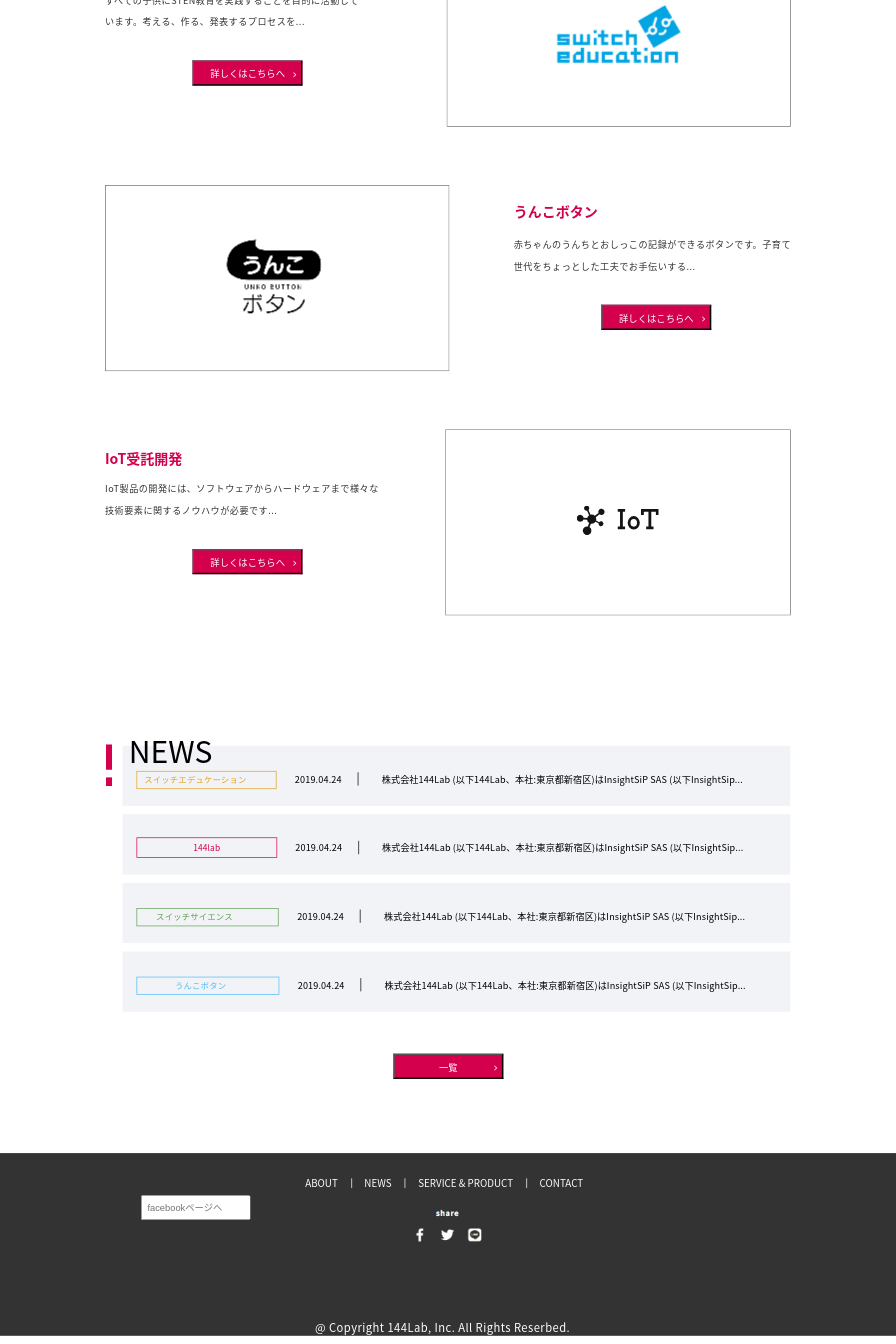
Repository: ppmp556/light-up-git
Page: index.html
These files come from the project's save history. The page is drawn as it stood at one moment and after the next save; the edit follows.
The browser window is 1280 px wide. The pictures show the part of the page from y = 2046 to 3966 px (the page is 3966 px tall), at 70% of full size.

Above is the page before, as saved 2019-12-27 21:11:29.

After the next save:
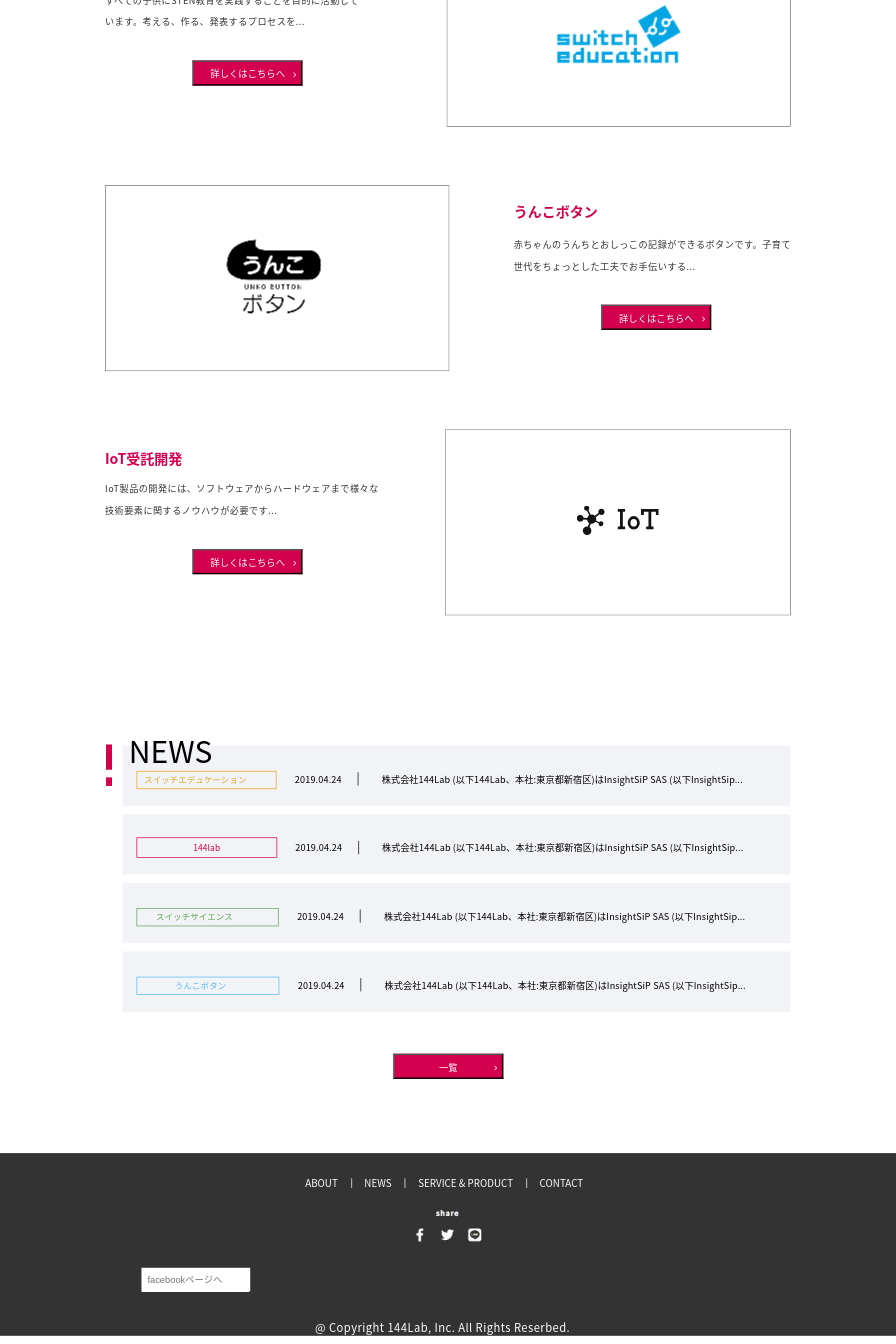
Saved 51 s later.
--- a/main.css/main.css
+++ b/main.css/main.css
@@ -672,6 +672,7 @@
     position: relative;
     width: 157.12px;
     height: 35.8px;
+    top: 102.9px;
 
 }
 
